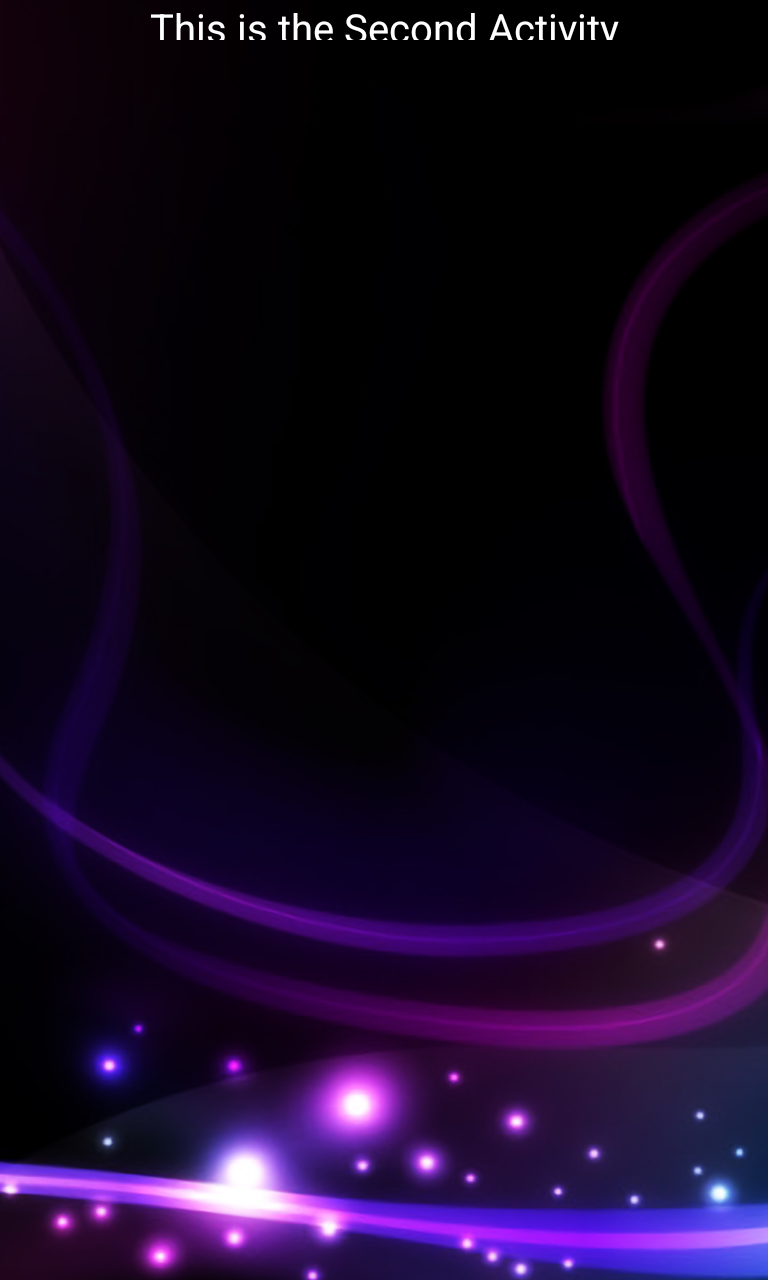
Repository: fsoDannis/workspace
Layout: findIt_3/res/layout/second.xml
These files come from the project's save history. The layout is drawn as it stood at one moment and after the next save; the edit follows.
It is drawn on a 768 x 1280 px phone screen (xhdpi) without system bars, with theme AppTheme; the app's code is not run.

Above is the layout before, as saved 2013-02-01 03:23:01.

### findIt_3/res/layout/second.xml
<?xml version="1.0" encoding="utf-8"?>
<LinearLayout xmlns:android="http://schemas.android.com/apk/res/android"
    android:layout_width="match_parent"
    android:layout_height="match_parent"
    android:orientation="vertical"
    android:background="@drawable/background2">

    <TextView
        android:id="@+id/textView1"
        android:layout_width="fill_parent"
        android:layout_height="wrap_content"
        android:gravity="center_vertical|center_horizontal"
        android:text="This is the Second Activity"
        android:textSize="20sp"
        android:height="20sp"
        android:textColor="#FFFFFF"/>

</LinearLayout>

Loaded but not shown: findIt_3/res/values/styles.xml (common file); findIt_3/res/values-v11/styles.xml (common file); findIt_3/res/values-v14/styles.xml (common file)

After the next save:
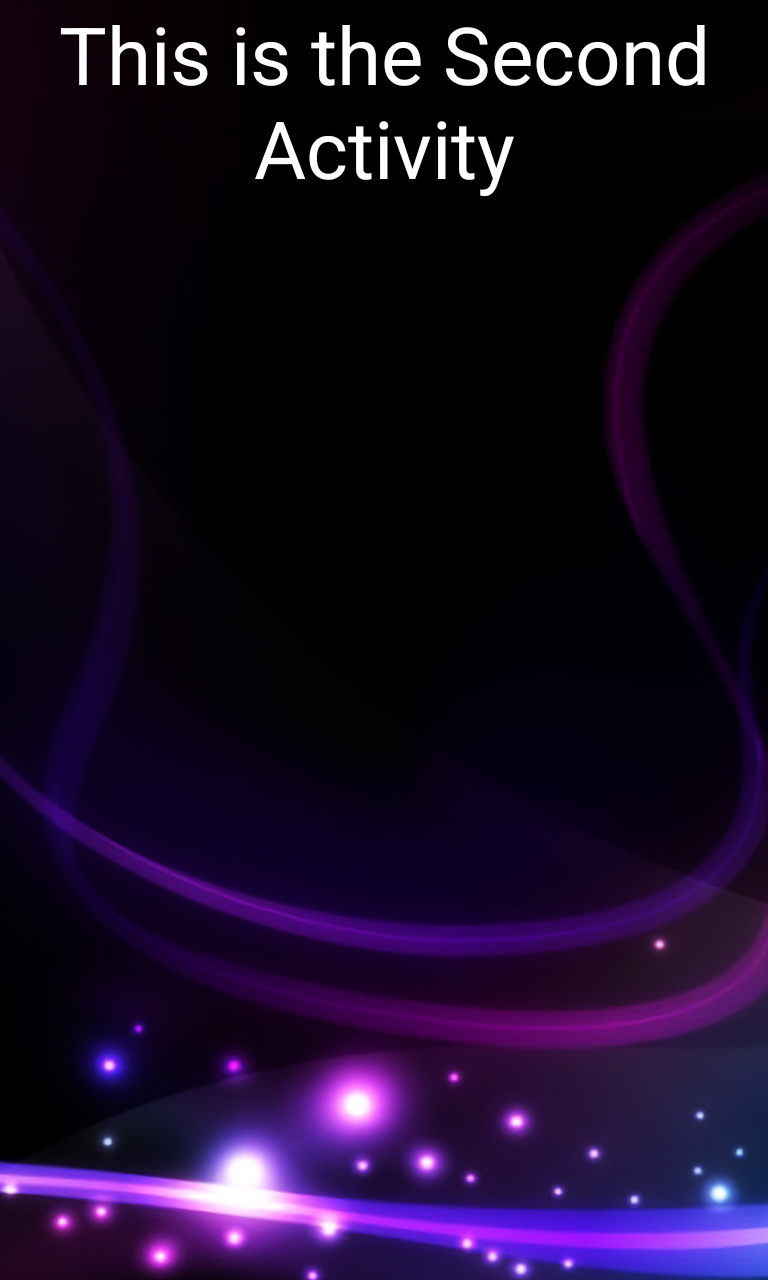
Saved 41 s later.
--- a/findIt_3/res/layout/second.xml
+++ b/findIt_3/res/layout/second.xml
@@ -11,8 +11,7 @@
         android:layout_height="wrap_content"
         android:gravity="center_vertical|center_horizontal"
         android:text="This is the Second Activity"
-        android:textSize="20sp"
-        android:height="20sp"
+        android:textSize="40sp"
         android:textColor="#FFFFFF"/>
 
 </LinearLayout>
